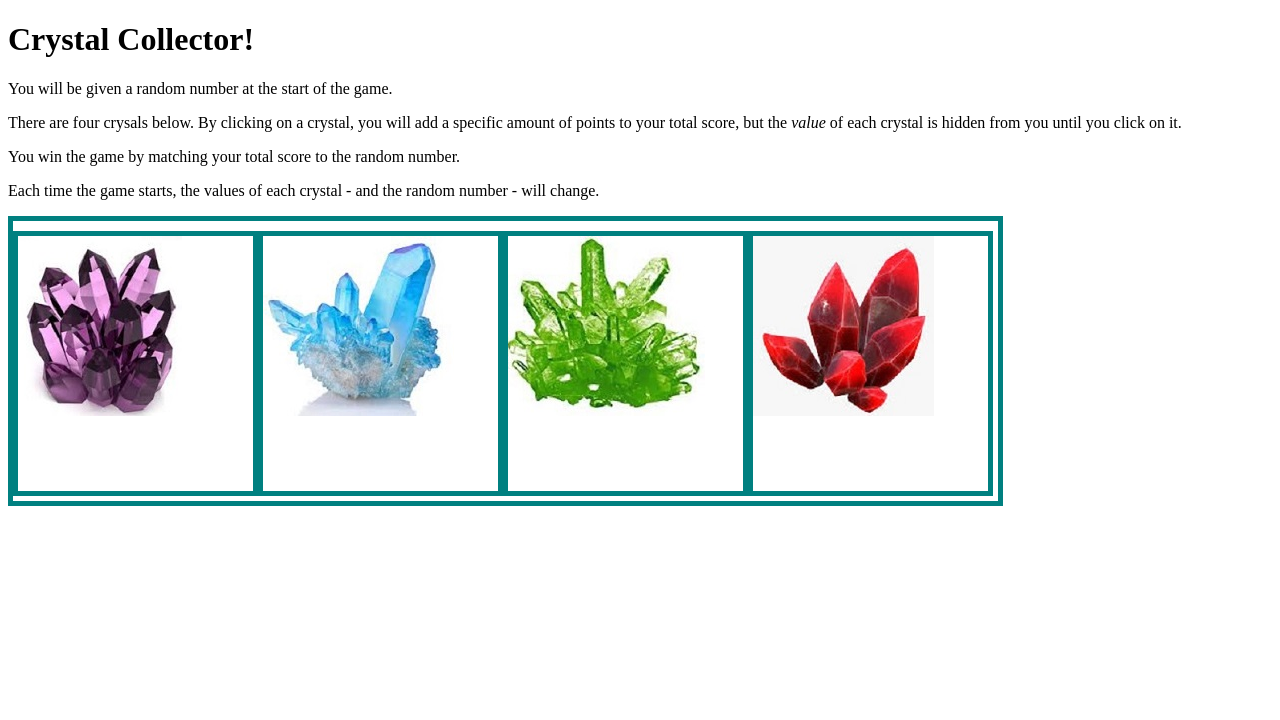
Repository: dsaftler/unit-4-game
Page: index.html
These files come from the project's save history. The page is drawn as it stood at one moment and after the next save; the edit follows.
The browser window is 1280 px wide. The pictures show the whole page.

Above is the page before, as saved 2019-04-01 18:35:46.

After the next save:
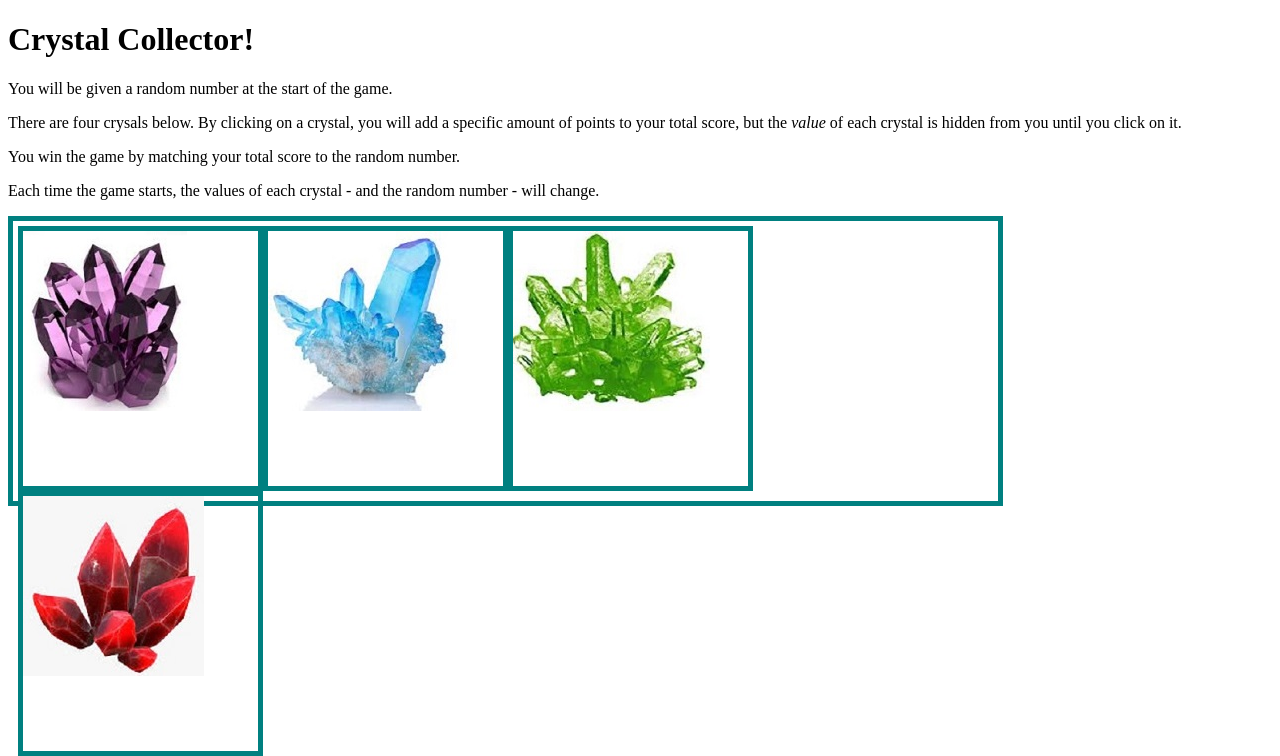
Saved 2 min 36 s later.
--- a/assets/css/style.css
+++ b/assets/css/style.css
@@ -13,6 +13,7 @@ background-image: url("assets/images/congruent_pentagon.png")
   height: 290px;
   width: 995px;
   border:5px solid teal;
+  padding: 5px;
 
 }
 .crystal{
@@ -21,7 +22,7 @@ background-image: url("assets/images/congruent_pentagon.png")
   height: 265px;
   width: 245px;
   border: teal 5px solid;
-  margin-top: 10px;
+
 
 }
 .clearfix {
